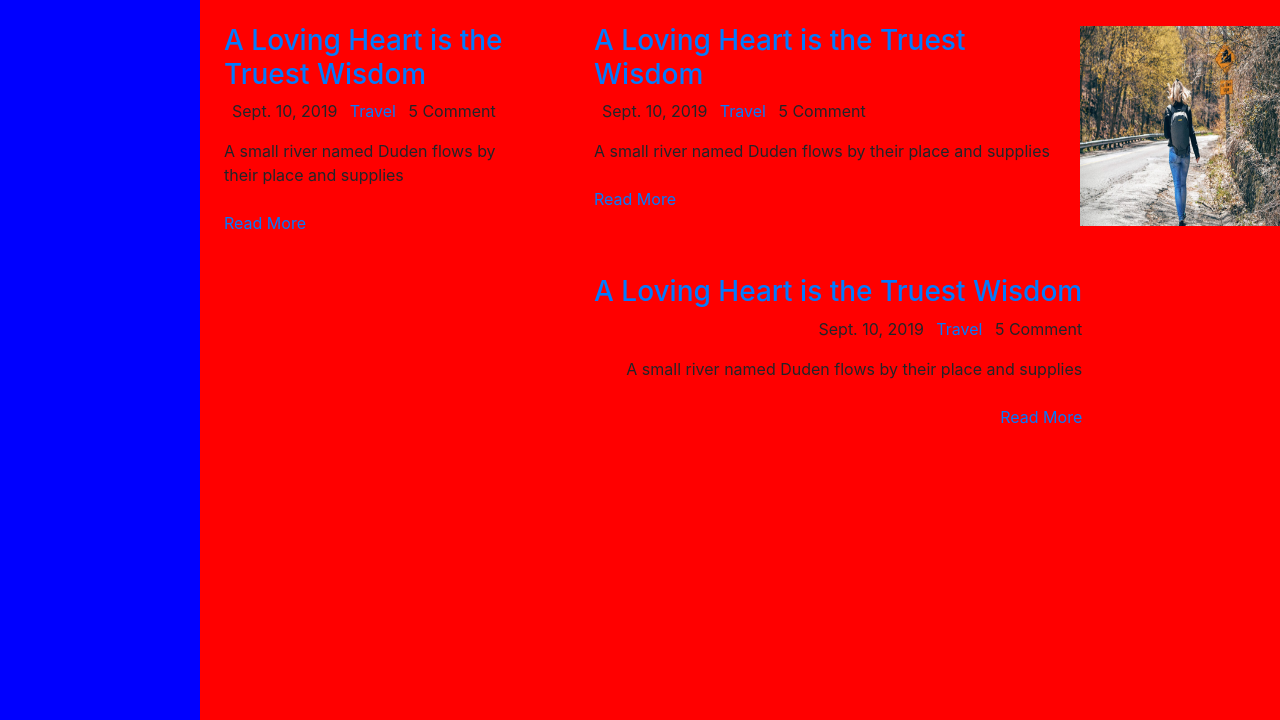
Repository: tts2610/GoogleNews
Page: index.html
These files come from the project's save history. The page is drawn as it stood at one moment and after the next save; the edit follows.
The browser window is 1280 px wide. The pictures show the whole page.
The page's requests for data from a server got no answer.

Above is the page before, as saved 2020-05-20 13:37:23.

### index.html
<!DOCTYPE html>
<html lang="en">

<head>
    <meta charset="UTF-8">
    <meta name="viewport" content="width=device-width, initial-scale=1.0">
    <title>Document</title>
    <link rel="stylesheet" href="https://maxcdn.bootstrapcdn.com/bootstrap/4.4.1/css/bootstrap.min.css">

    <!-- jQuery library -->
    <script src="https://ajax.googleapis.com/ajax/libs/jquery/3.5.1/jquery.min.js"></script>

    <!-- Popper JS -->
    <script src="https://cdnjs.cloudflare.com/ajax/libs/popper.js/1.16.0/umd/popper.min.js"></script>

    <!-- Latest compiled JavaScript -->
    <script src="https://maxcdn.bootstrapcdn.com/bootstrap/4.4.1/js/bootstrap.min.js"></script>
    <link rel="stylesheet" href="css/style.css">
</head>

<body>
    <div class="myContainer">
        <div class="sidenav"></div>
        <div class="content">
            <div class="row">
                <div class="col-4 d-flex">
                    <div class="blog-entry ftco-animate active">
                        <div class="carousel-blog owl-carousel">
                            <div class="item">
                                <a href="single.html" class="img" style="background-image: url(images/image_1.jpg);"></a>
                            </div>
                            <div class="item">
                                <a href="single.html" class="img" style="background-image: url(images/image_7.jpg);"></a>
                            </div>
                            <div class="item">
                                <a href="single.html" class="img" style="background-image: url(images/image_8.jpg);"></a>
                            </div>
                        </div>
                        <div class="text p-4">
                            <h3 class="mb-2"><a href="single.html">A Loving Heart is the Truest Wisdom</a></h3>
                            <div class="meta-wrap">
                                <p class="meta">
                                    <span><i class="icon-calendar mr-2"></i>Sept. 10, 2019</span>
                                    <span><a href="single.html"><i class="icon-folder-o mr-2"></i>Travel</a></span>
                                    <span><i class="icon-comment2 mr-2"></i>5 Comment</span>
                                </p>
                            </div>
                            <p class="mb-4">A small river named Duden flows by their place and supplies</p>
                            <p><a href="#" class="btn-custom">Read More <span class="ion-ios-arrow-forward"></span></a></p>
                        </div>
                    </div>
                </div>
                <div class="col-8 d-flex">
                    <div class="row">
                        <div class="col-md-12">
                            <div class="blog-entry ftco-animate d-md-flex align-items-center">
                                <div class="text text-2 p-4">
                                    <h3 class="mb-2"><a href="single.html">A Loving Heart is the Truest Wisdom</a></h3>
                                    <div class="meta-wrap">
                                        <p class="meta">
                                            <span><i class="icon-calendar mr-2"></i>Sept. 10, 2019</span>
                                            <span><a href="single.html"><i class="icon-folder-o mr-2"></i>Travel</a></span>
                                            <span><i class="icon-comment2 mr-2"></i>5 Comment</span>
                                        </p>
                                    </div>
                                    <p class="mb-4">A small river named Duden flows by their place and supplies</p>
                                    <p><a href="#" class="btn-custom">Read More <span class="ion-ios-arrow-forward"></span></a></p>
                                </div>
                                <div class="news-img"><img src="img/image_8.jpg" width="200" height="200"></div>
                            </div>
                        </div>
                        <div class="col-md-12">
                            <div class="blog-entry ftco-animate d-md-flex align-items-center">
                                <a href="single.html" class="img img-2 order-md-last" style="background-image: url(images/image_8.jpg);"></a>
                                <div class="text text-2 text-md-right p-4">
                                    <h3 class="mb-2"><a href="single.html">A Loving Heart is the Truest Wisdom</a></h3>
                                    <div class="meta-wrap">
                                        <p class="meta">
                                            <span><i class="icon-calendar mr-2"></i>Sept. 10, 2019</span>
                                            <span><a href="single.html"><i class="icon-folder-o mr-2"></i>Travel</a></span>
                                            <span><i class="icon-comment2 mr-2"></i>5 Comment</span>
                                        </p>
                                    </div>
                                    <p class="mb-4">A small river named Duden flows by their place and supplies</p>
                                    <p><a href="#" class="btn-custom">Read More <span class="ion-ios-arrow-forward"></span></a></p>
                                </div>
                            </div>
                        </div>
                    </div>
                </div>
            </div>


        </div>
    </div>

    <script src="js/script.js"></script>
</body>

</html>

### css/style.css
body {
    margin: 0
}

.myContainer {
    display: flex;
    justify-content: start;
}

.sidenav {
    height: 100vh;
    width: 200px;
    float: left;
    position: relative;
    background-color: blue;
}

.content {
    height: 100vh;
    width: calc(100% - 200px);
    float: right;
    position: relative;
    background-color: red;
    overflow-y: scroll;
}

### js/script.js
let newsList = [];
const apiKey = "2dc86bcdc7184b17b45b74b30858f75a"
const loadNews = async() => {
    let url = `https://newsapi.org/v2/top-headlines?country=us&apiKey=${apiKey}`;
    let data = await fetch(url);
    let result = await data.json();

    console.log("what we get here", result);
}

loadNews();

After the next save:
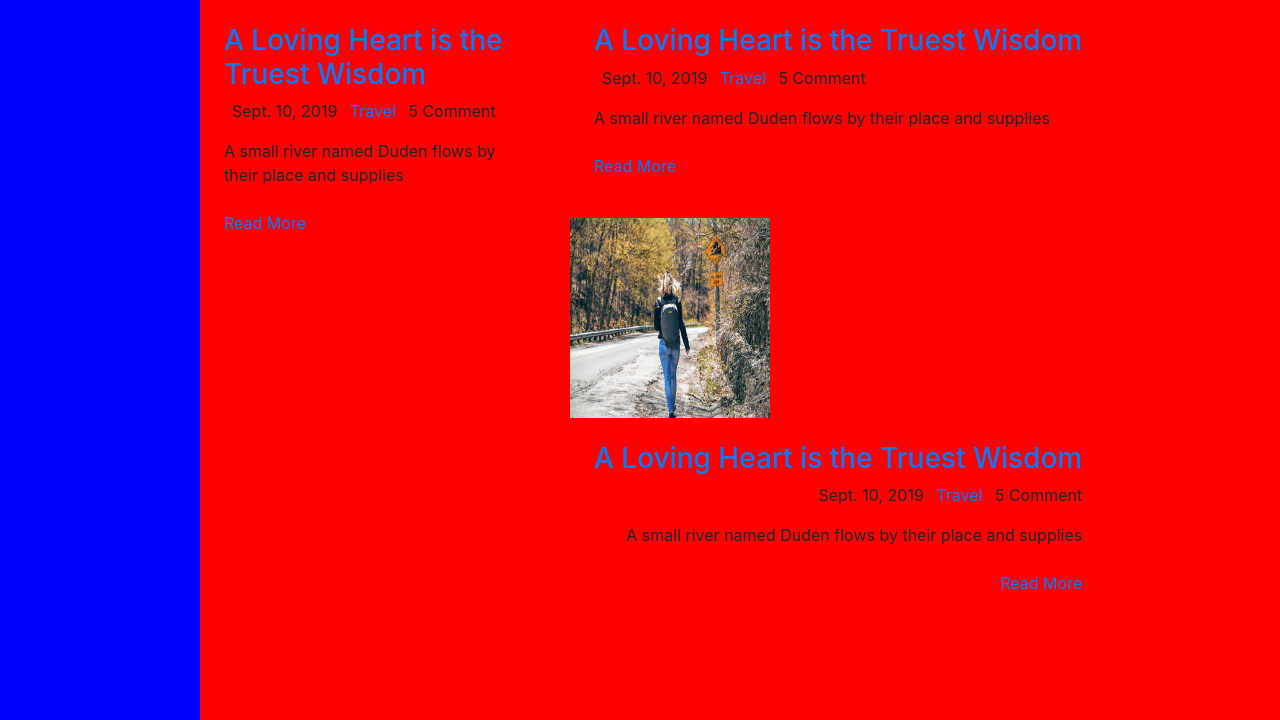
Saved 75 s later.
--- a/index.html
+++ b/index.html
@@ -53,7 +53,7 @@
                 <div class="col-8 d-flex">
                     <div class="row">
                         <div class="col-md-12">
-                            <div class="blog-entry ftco-animate d-md-flex align-items-center">
+                            <div class="blog-entry">
                                 <div class="text text-2 p-4">
                                     <h3 class="mb-2"><a href="single.html">A Loving Heart is the Truest Wisdom</a></h3>
                                     <div class="meta-wrap">

After the save that followed:
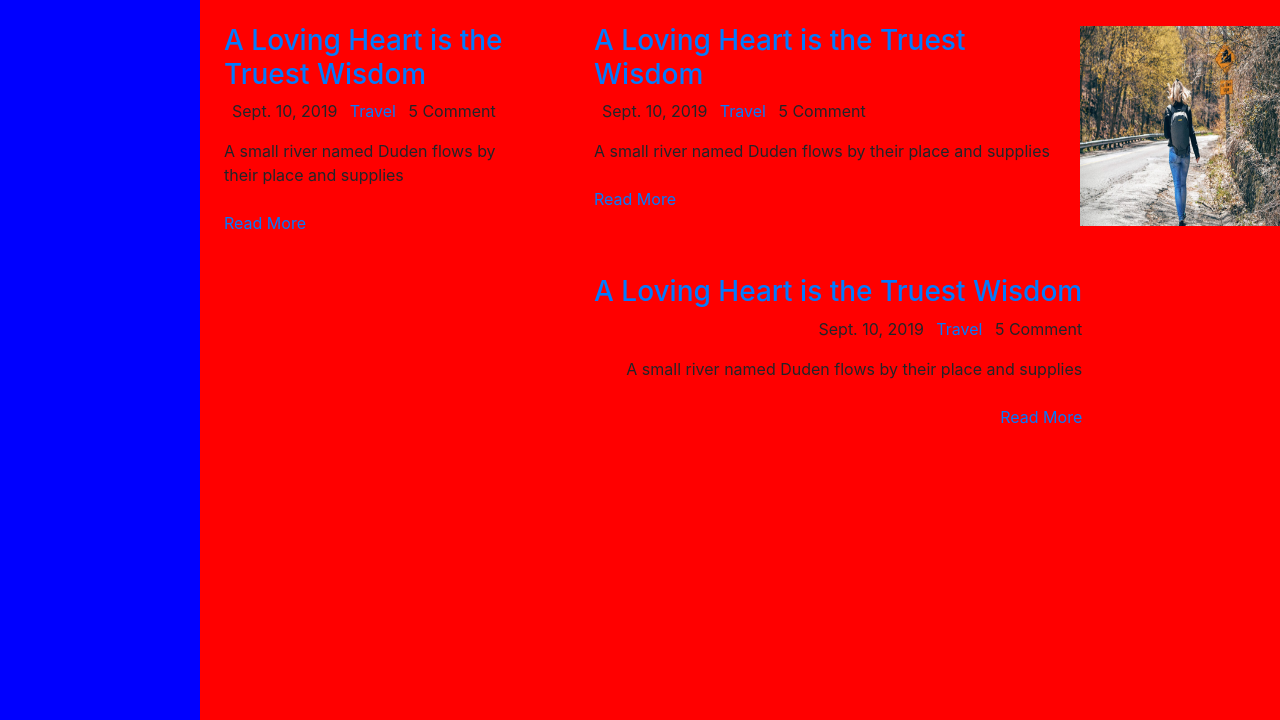
Saved 7 s later.
--- a/index.html
+++ b/index.html
@@ -53,7 +53,7 @@
                 <div class="col-8 d-flex">
                     <div class="row">
                         <div class="col-md-12">
-                            <div class="blog-entry">
+                            <div class="blog-entry ftco-animate d-md-flex align-items-center">
                                 <div class="text text-2 p-4">
                                     <h3 class="mb-2"><a href="single.html">A Loving Heart is the Truest Wisdom</a></h3>
                                     <div class="meta-wrap">
